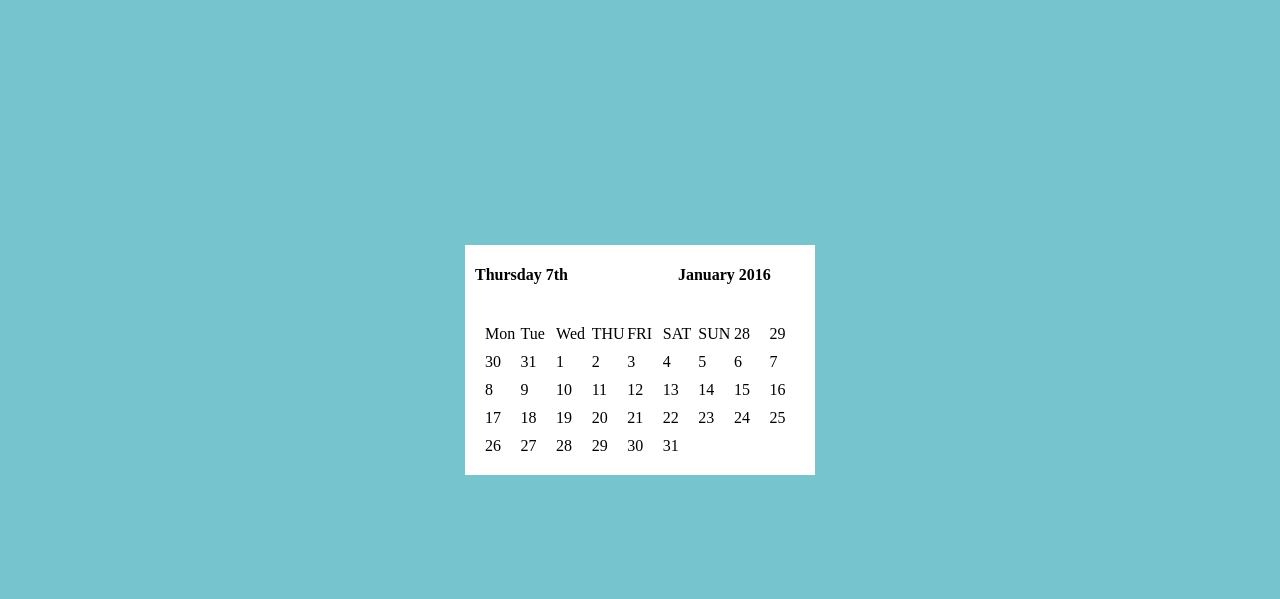
Repository: KYUUBI-K/HTML
Page: За 1 курс/Лаб 4/calendar.html
The author's editor kept a copy of each file at every save. The page is drawn from the files as they stood at one save, then again after the next save.
The browser window is 1280 px wide. The pictures show the whole page.

Above is the page before, as saved 2021-03-30 13:38:04.

After the next save:
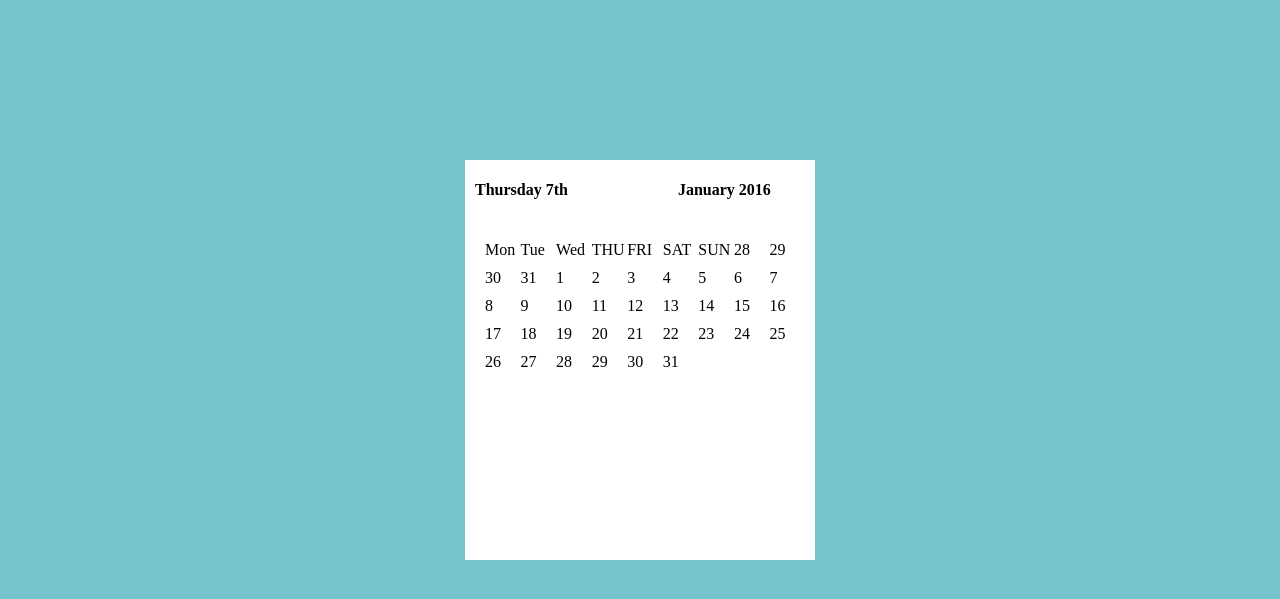
Saved 18 s later.
--- a/За 1 курс/Лаб 4/for_calend.css
+++ b/За 1 курс/Лаб 4/for_calend.css
@@ -8,7 +8,7 @@
 }
 .calendar{
     width: 350px;
-    height: auto;
+    height: 400px;
     background-color: white;
     box-sizing: border-box;
 

After the save that followed:
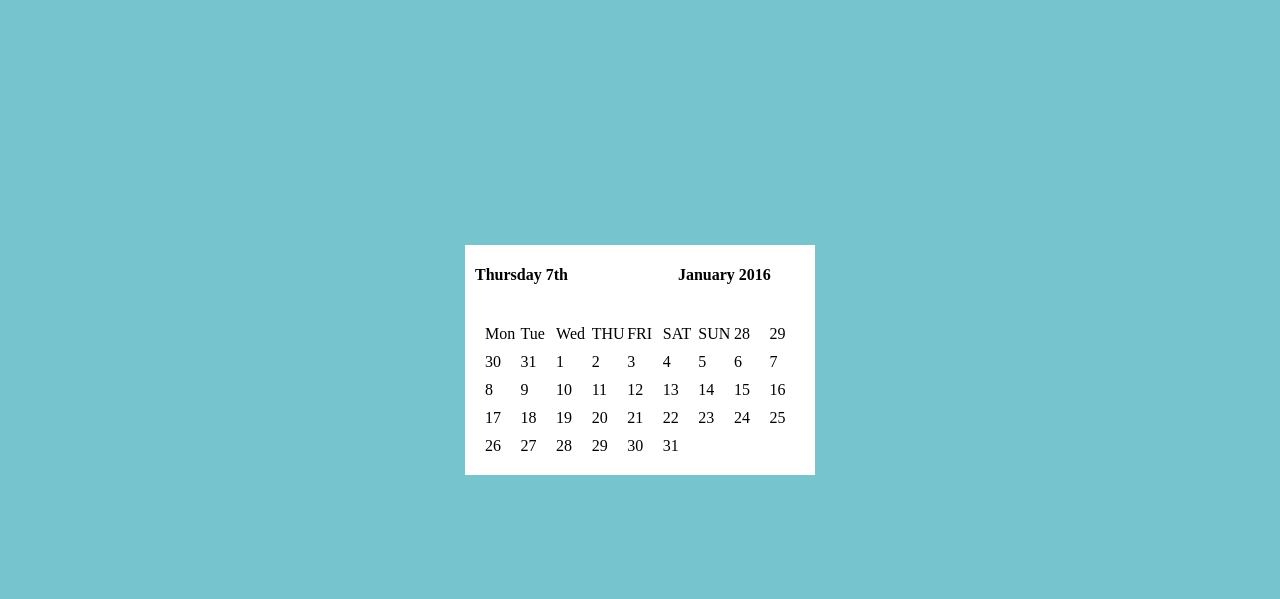
Saved 15 s later.
--- a/За 1 курс/Лаб 4/for_calend.css
+++ b/За 1 курс/Лаб 4/for_calend.css
@@ -8,7 +8,7 @@
 }
 .calendar{
     width: 350px;
-    height: 400px;
+    height: auto;
     background-color: white;
     box-sizing: border-box;
 
